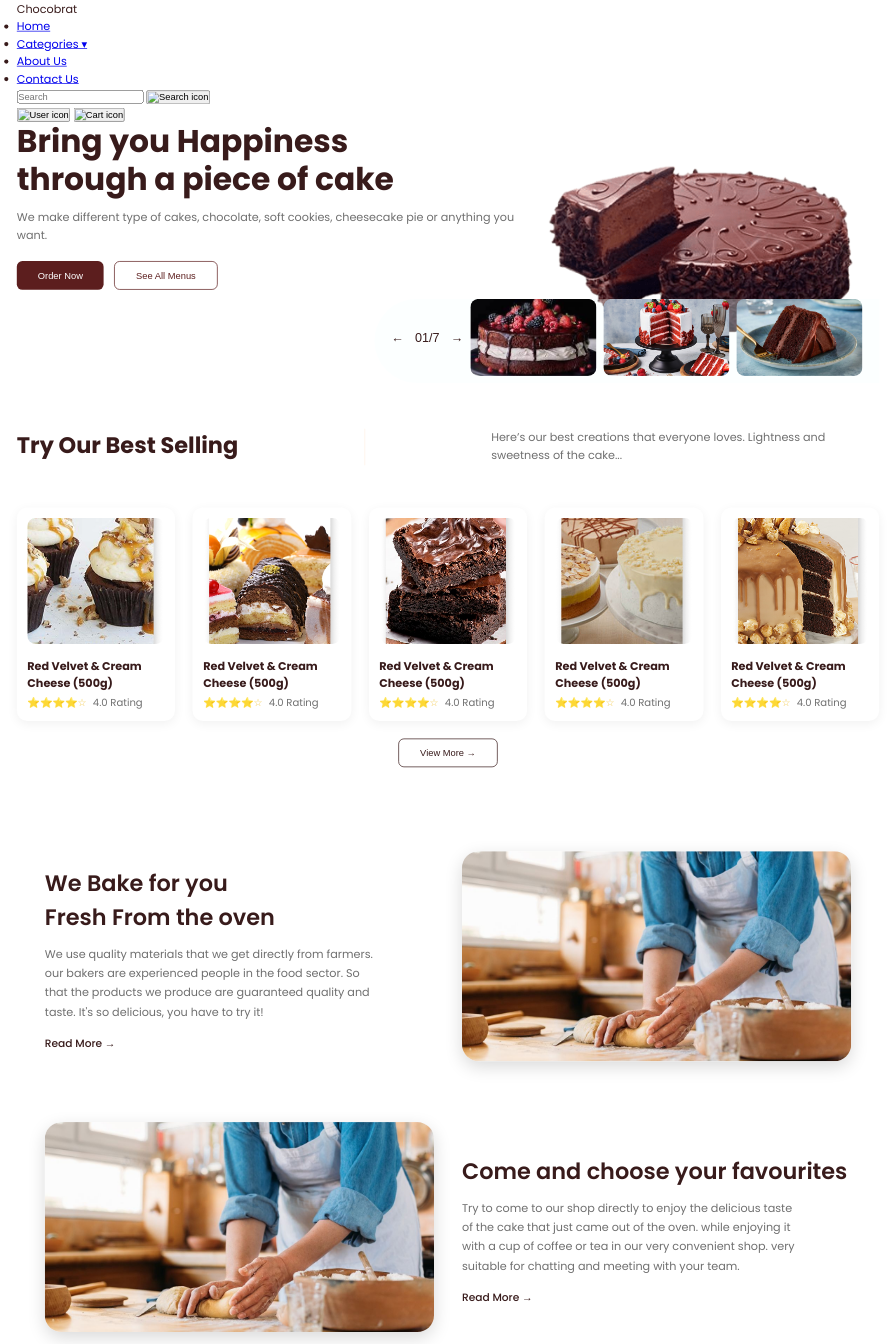
Repository: josegabrielzevallos/chocobrat-bakery-website
Page: index.html
The author's editor kept a copy of each file at every save. The page is drawn from the files as they stood at one save, then again after the next save.
The browser window is 1280 px wide. The pictures show the part of the page from y = 0 to 1920 px (the page is 3179 px tall before and 3116 px after), at 70% of full size.

Above is the page before, as saved 2025-11-20 19:46:31.
Not found: asset/icons/ic-cart1.png
Not found: asset/icons/ic-search.png
Not found: asset/icons/ic-user.png

After the next save:
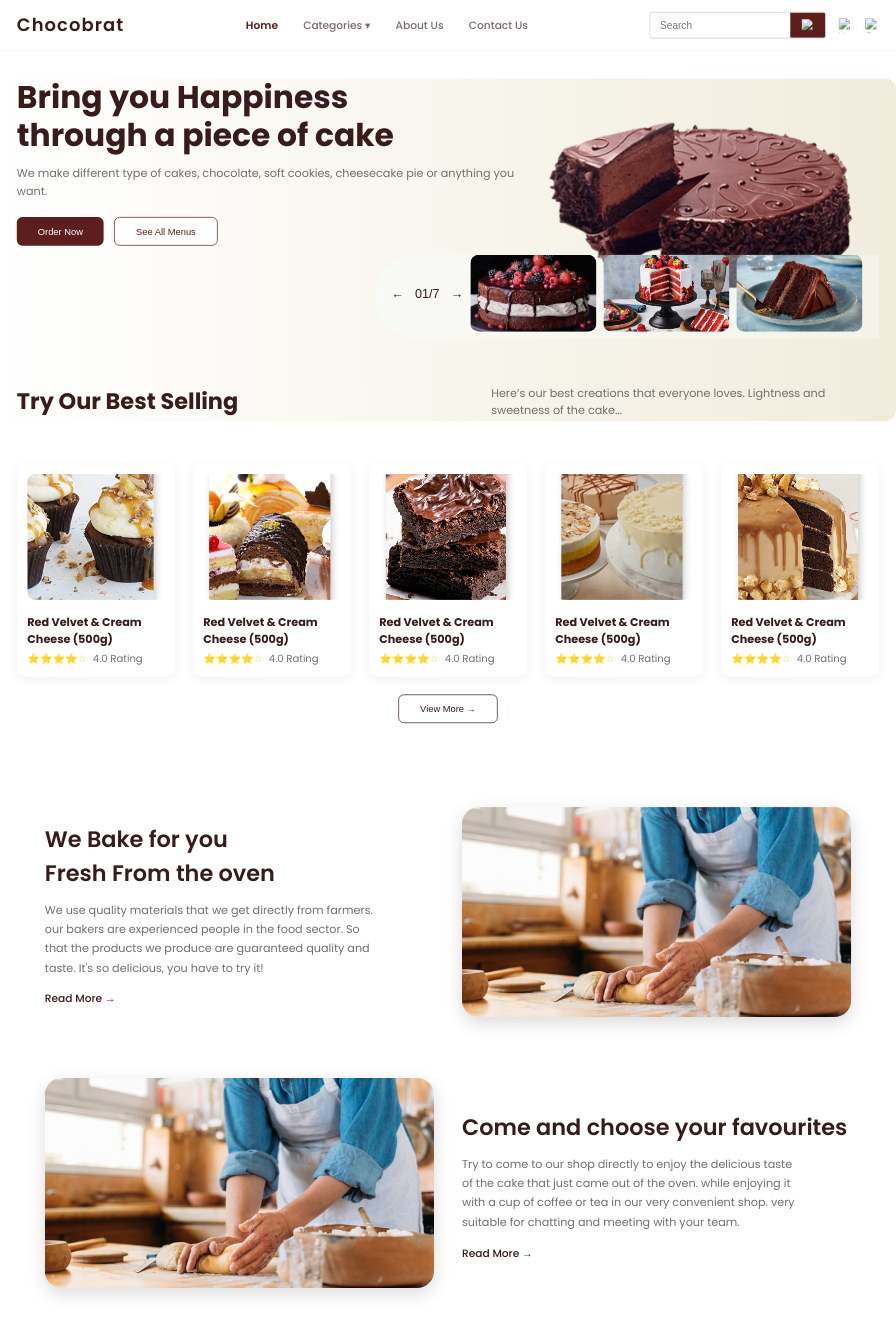
Saved 10 s later.
--- a/styles.css
+++ b/styles.css
@@ -18,45 +18,97 @@ body {
     padding: 0 24px;        /* padding uniforme sin empujar a la izquierda */
 }
 
-<header>
-  <div class="container">
-    <nav class="navbar" aria-label="Primary navigation">
-      <!-- Logo -->
-      <div class="logo">Chocobrat</div>
-
-      <!-- Nav links -->
-      <ul class="nav-links">
-        <li><a href="#" class="active">Home</a></li>
-        <li><a href="#">Categories ▾</a></li>
-        <li><a href="#">About Us</a></li>
-        <li><a href="#">Contact Us</a></li>
-      </ul>
-
-      <!-- Search + icons -->
-      <div class="nav-actions">
-        <div class="search-wrapper">
-          <input
-            type="text"
-            class="search-box"
-            placeholder="Search"
-            aria-label="Search"
-          />
-          <button class="search-btn" aria-label="Search">
-            <img src="./asset/icons/ic-search.png" alt="Search icon" />
-          </button>
-        </div>
-
-        <button class="icon-btn" aria-label="User account">
-          <img src="./asset/icons/ic-user.png" alt="User icon" />
-        </button>
-
-        <button class="icon-btn" aria-label="Shopping cart">
-          <img src="./asset/icons/ic-cart1.png" alt="Cart icon" />
-        </button>
-      </div>
-    </nav>
-  </div>
-</header>
+/* ===== NAVBAR ===== */
+header {
+    background: #FFF;
+    padding: 0;
+    border-bottom: 1px solid rgba(0,0,0,0.03);
+}
+
+.navbar {
+    display: flex;
+    align-items: center;
+    justify-content: space-between;
+    padding: 16px 0;
+}
+
+.logo {
+    font-size: 1.6rem;
+    font-weight: 600;
+    letter-spacing: 0.06em;
+    color: #381B1B;
+}
+
+/* Links del menú */
+.nav-links {
+    display: flex;
+    list-style: none;
+    gap: 36px;
+}
+
+.nav-links a {
+    text-decoration: none;
+    font-size: 0.95rem;
+    color: #7a6d6d;
+    font-weight: 500;
+}
+
+.nav-links a:hover,
+.nav-links .active {
+    color: #5C1E1E;
+    font-weight: 600;
+}
+
+/* Área derecha: buscador + iconos */
+.nav-actions {
+    display: flex;
+    align-items: center;
+    gap: 18px;
+}
+
+/* Contenedor del buscador (input + botón) */
+.search-wrapper {
+    display: flex;
+    align-items: center;
+    border: 1px solid #c9c4c4;
+    border-radius: 4px;
+    overflow: hidden;
+}
+
+.search-box {
+    border: none;
+    outline: none;
+    padding: 9px 14px;
+    width: 200px;
+    font-size: 0.9rem;
+}
+
+.search-btn {
+    background: #5C1E1E;
+    border: none;
+    padding: 9px 16px;
+    cursor: pointer;
+}
+
+.search-btn img {
+    width: 18px;
+    height: 18px;
+    display: block;
+}
+
+/* Botones de iconos (user, cart) */
+.icon-btn {
+    background: transparent;
+    border: none;
+    padding: 0;
+    cursor: pointer;
+}
+
+.icon-btn img {
+    width: 20px;
+    height: 20px;
+    display: block;
+}
 
 
 /* ===== HERO ===== */
